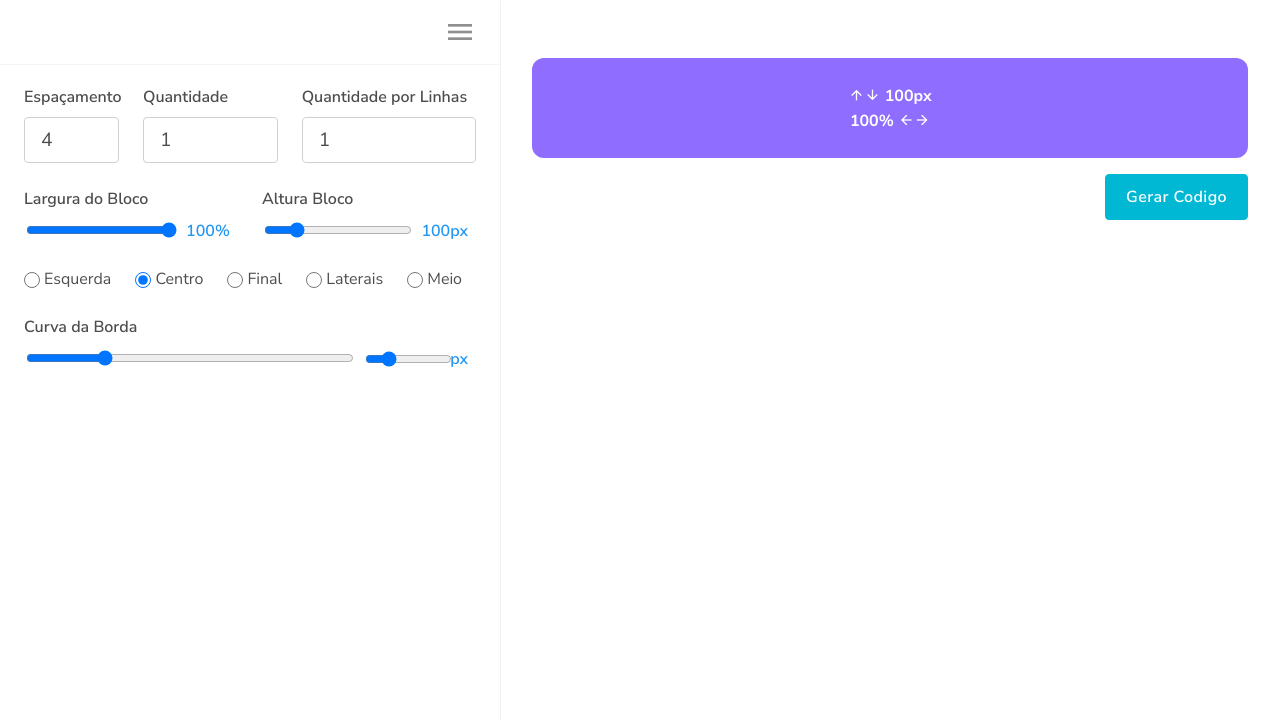
Repository: Flintdl/lowcode-elements
Page: /
An editor plug-in stored every save of this project. The page is shown before and after the next save, followed by the edit.
The browser window is 1280 px wide. The pictures show the whole page.
The project was rebuilt for these pictures with package versions that can differ from the ones it lists, and the page was loaded fresh each time. Also part of the build but not shown: vue.config.js.

Above is the page before, as saved 2022-04-05 10:37:46.

After the next save:
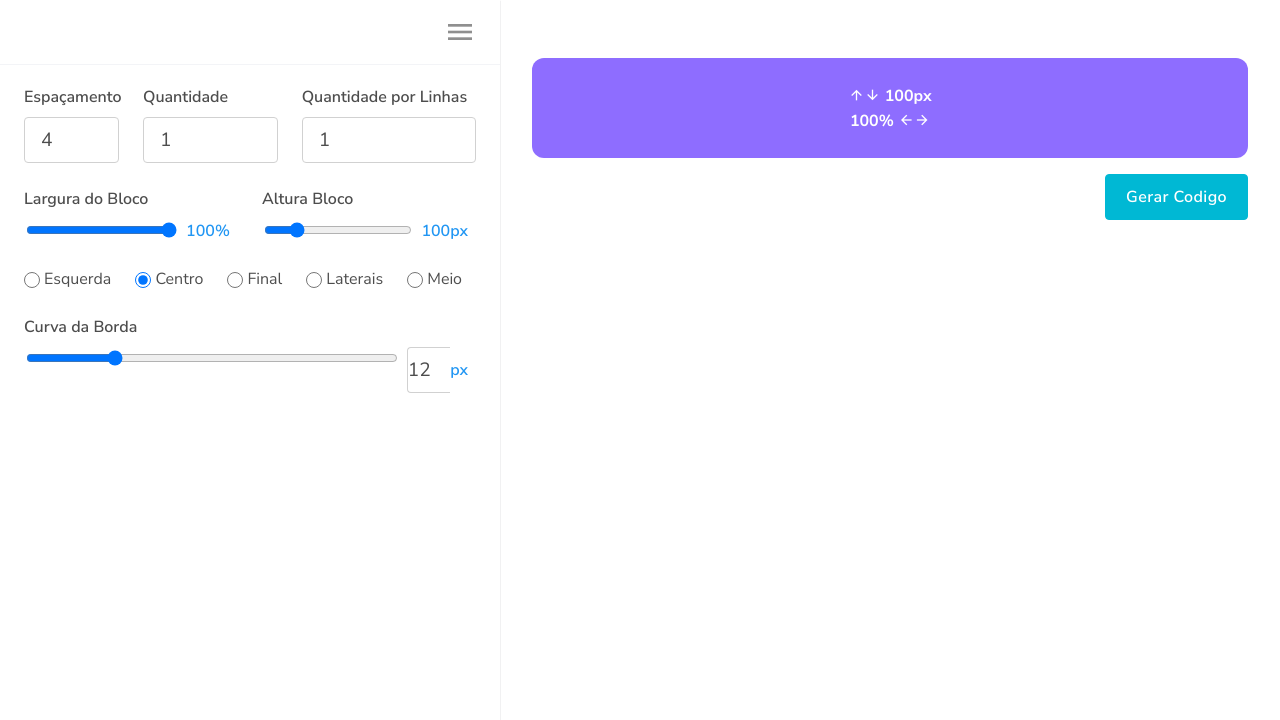
Saved 15 s later.
--- a/src/components/Menu/MenuTemplate.vue
+++ b/src/components/Menu/MenuTemplate.vue
@@ -177,11 +177,10 @@
                     >
                       <span contenteditable="true">
                         <input
-                          type="range"
+                          type="number"
                           value="1"
                           min="1"
                           max="50"
-                          id="inputBorderRadius"
                           v-model="inputBorderRadius"
                           class="sf-px-0 sf-border-right-0 sf-border-radius-right-0 sf-text-capitalize"
                           placeholder="Curva da Borda"
